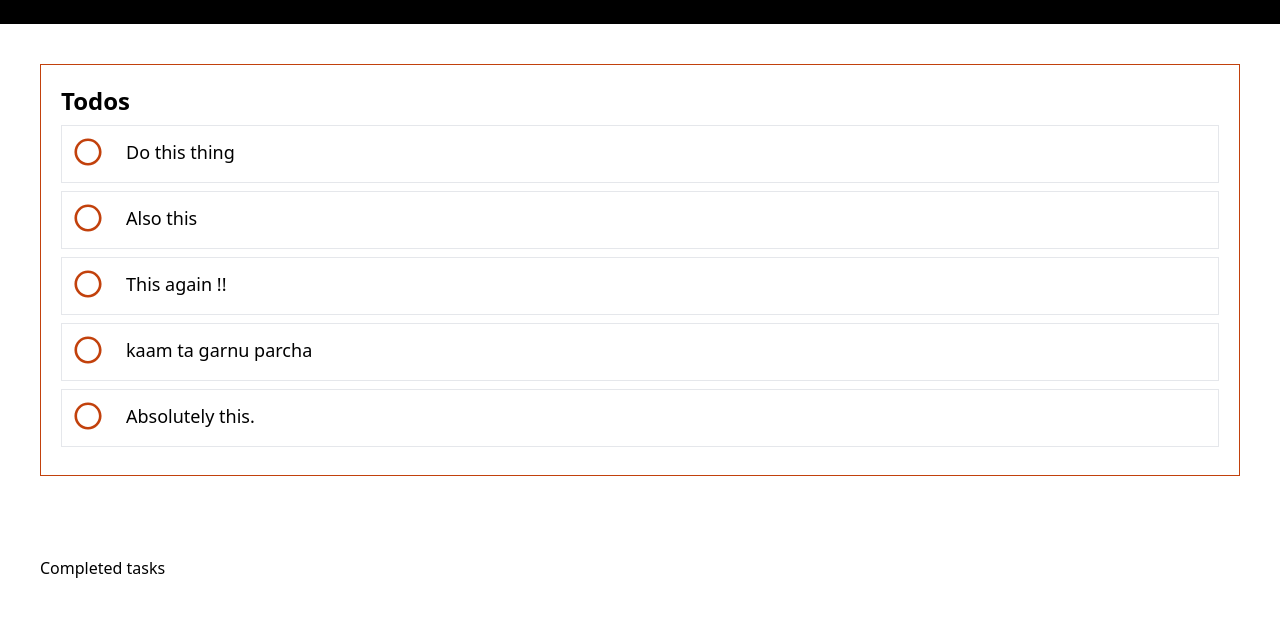
Repository: thekingisherenow/personalTodo
Page: /
The author's editor kept a copy of each file at every save. The page is drawn from the files as they stood at one save, then again after the next save.
The browser window is 1280 px wide. The pictures show the whole page.
The project was rebuilt for these pictures with package versions that can differ from the ones it lists, and the page was loaded fresh each time. The framework's server and built-in components were replaced by stand-ins that run in the browser. Also part of the build but not shown: next.config.js, styles/Home.module.css.

Above is the page before, as saved 2022-12-15 17:27:25.

After the next save:
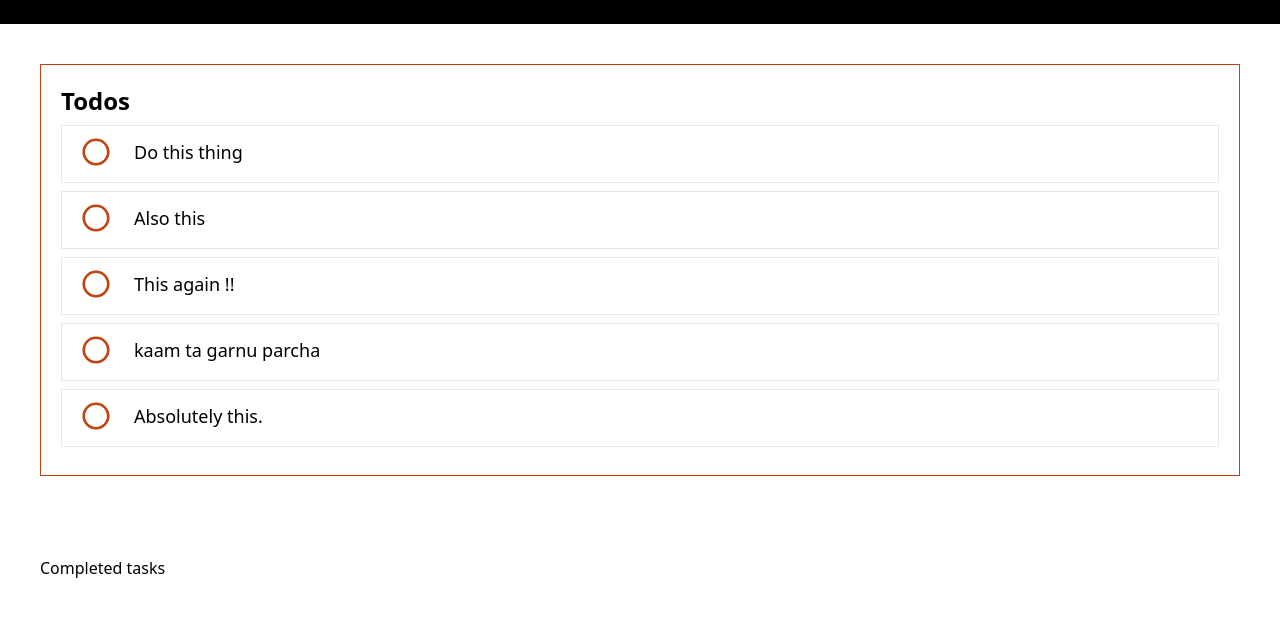
Saved 20 s later.
--- a/components/Todo.js
+++ b/components/Todo.js
@@ -9,7 +9,7 @@ function Todo({todo}) {
   return (
     <div className='border  p-2 my-2 flex'>
         <div
-         className=' w-9 h-9 flex justify-center items-center' onMouseEnter={()=>setCheck(true)}  onMouseLeave={()=>setCheck(false)} >
+         className=' w-9 h-9 flex justify-center ml-2 items-center' onMouseEnter={()=>setCheck(true)}  onMouseLeave={()=>setCheck(false)} >
 
         { check?
 
